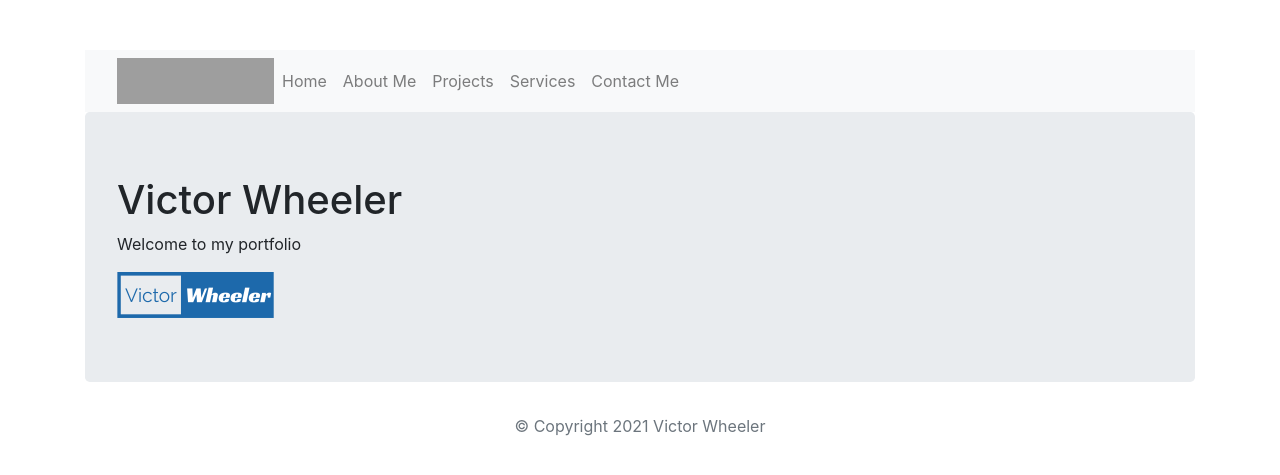
Repository: VictorWheeler/COMP_229_301167760
Page: http://localhost/
An editor plug-in stored every save of this project. The page is shown before and after the next save, followed by the edit.
The browser window is 1280 px wide. The pictures show the whole page.
Pictures or frames that could not be fetched are drawn as grey boxes. The page is served by the project's Node server (server.js).

Above is the page before, as saved 2021-09-30 08:28:02.

After the next save:
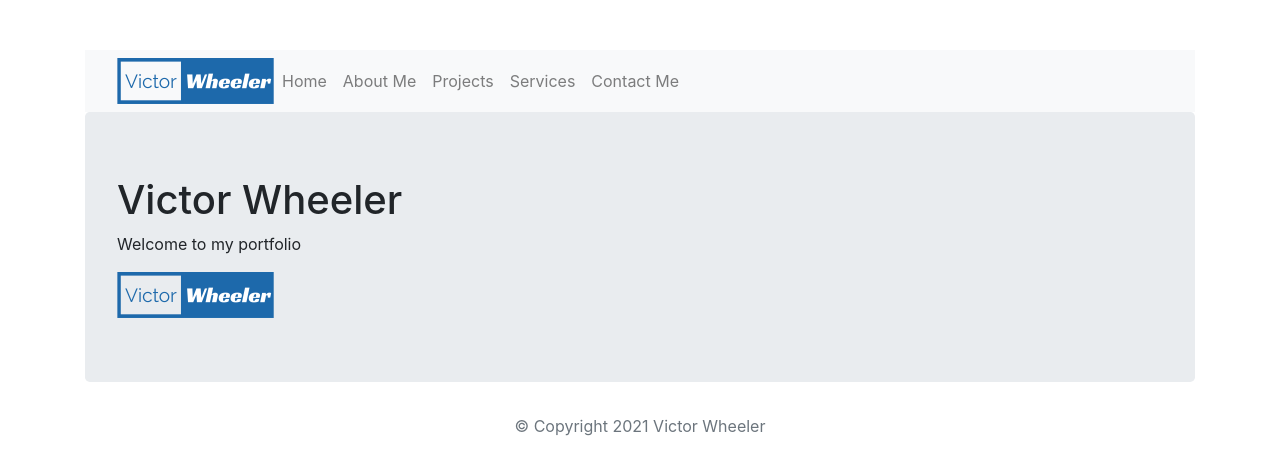
Saved 2 min 17 s later.
--- a/Express-Portfolio-Site/server.js
+++ b/Express-Portfolio-Site/server.js
@@ -5,7 +5,7 @@ var app = express();
 app.set('view engine', 'ejs');
 
 //set public folder as static
-app.use(express.static( "/public"));
+app.use(express.static( "./public"));
 
 // use res.render to load up an ejs view file
 
